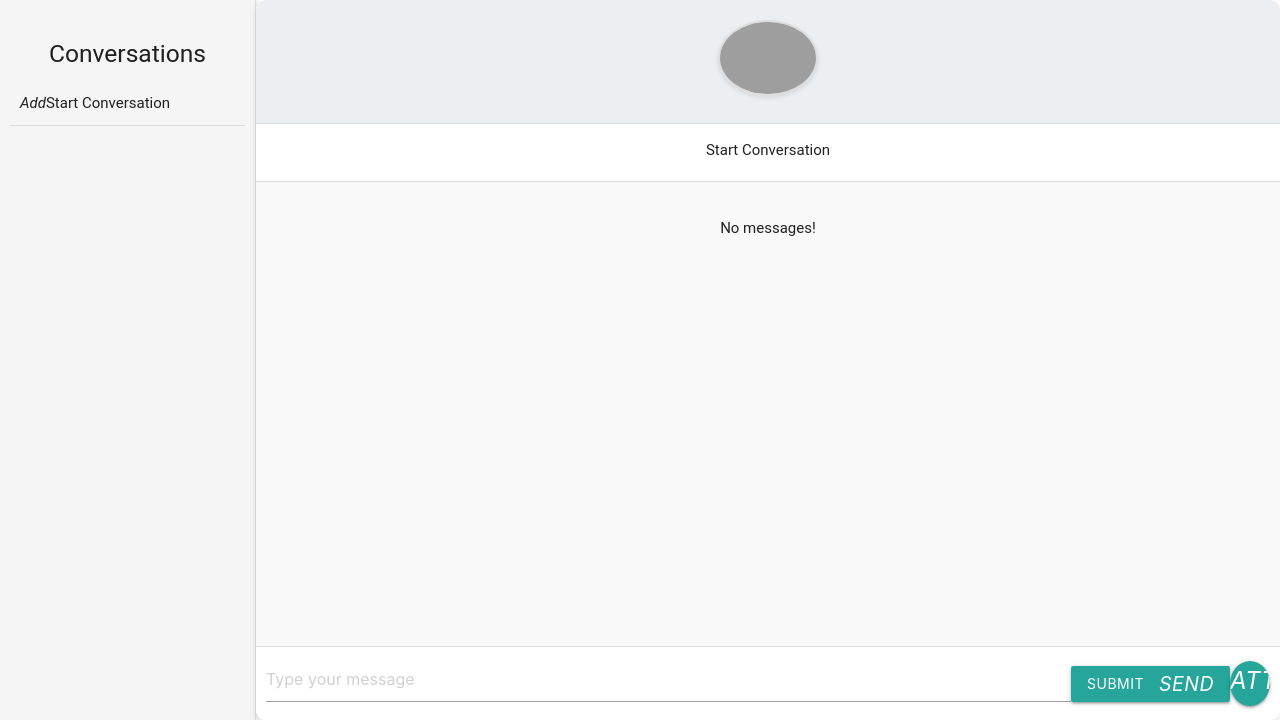
Repository: jcuzcan/sesmag
Page: / (app in frontend/)
These files come from the project's save history. The page is drawn as it stood at one moment and after the next save; the edit follows.
The browser window is 1280 px wide. The pictures show the whole page.
Pictures or frames that could not be fetched are drawn as grey boxes. The page's requests for data from a server got no answer. The project was rebuilt for these pictures with package versions that can differ from the ones it lists, and the page was loaded fresh each time. No one was signed in, and anything a server would have sent is missing.

Above is the page before, as saved 2024-12-09 16:21:28.

### frontend/src/App.js
import React, { useState, useEffect } from "react";
import ApiService from "./service";
import "materialize-css/dist/css/materialize.min.css";
import ReactMarkdown from "react-markdown";
import "./App.css";

const App = () => {
  const [conversation, setConversation] = useState({
    messages: [],
    _id: null,
  });
  const [conversations, setConversations] = useState([]);
  const [message, setMessage] = useState("");
  const [sidebarOpen, setSidebarOpen] = useState(false);
  const [isLoading, setIsLoading] = useState(false);

  useEffect(() => {
    ApiService.getAllConversations()
      .then((res) => {
        setConversations(res);
      })
      .catch((error) => {
        window.alert(error.message ?? error.toString());
      });
  }, []);

  const handleSendMessage = async () => {
    if (message.trim()) {
      let conversationId = conversation._id;

      if (!conversation._id) {
        await ApiService.startConversation()
          .then((res) => {
            setConversation(res);
            conversationId = res._id;
            setConversations([res, ...conversations]);
          })
          .catch((error) => window.alert(error.message ?? error.toString()));
      }
      setConversation((conversation) => ({
        ...conversation,
        messages: [
          ...conversation.messages,
          { role: "user", content: message.trim() },
        ],
      }));
      setIsLoading(true);
      await ApiService.sendMessage(conversationId, message)
        .catch((error) => {
          error.message ?? error.toString();
        })
        .then((res) => {
          setConversation(res);
          setMessage("");
          // set conversion description
          setConversations((conversations) =>
            conversations.map((c) => {
              if (c._id === res._id) {
                c.description = res.description;
              }
              return c;
            })
          );
        });
      setIsLoading(false);
    }
  };

  const handleFileUpload = async (e) => {
    const file = e.target.files[0];
    if (file) {
      let conversationId = conversation._id;
      if (!conversation._id) {
        await ApiService.startConversation()
          .then((res) => {
            setConversation(res);
            conversationId = res._id;
            setConversations([res, ...conversations]);
          })
          .catch((error) => console.log(error));
      }
      setIsLoading(true);
      await ApiService.uploadContext(conversationId, file)
        .then((res) => {
          setConversation(res);
          // set conversion description
          setConversations((conversations) =>
            conversations.map((c) => {
              if (c._id === res._id) {
                c.description = res.description;
              }
              return c;
            })
          );
        })
        .catch((error) => window.alert(error.message ?? error.toString()));
      setIsLoading(false);
    }
  };

  const toggleSidebar = () => {
    setSidebarOpen((prev) => !prev);
  };

  const startConversation = async () => {
    if (isLoading) {
      return;
    }
    setIsLoading(true);
    await ApiService.startConversation()
      .then((res) => {
        setConversation(res);
        setConversations([res, ...conversations]);
      })
      .catch((error) => console.log(error));
    setIsLoading(false);
  };

  const getConversationById = (id) => {
    ApiService.getConversationById(id)
      .then((res) => {
        setConversation(res);
      })
      .catch((error) => {
        console.error(error.message ?? error.toString());
      });
  };

  return (
    <div className="app-container">
  <div className={`sidebar ${sidebarOpen ? "open" : ""}`}>
    <button className="close-btn" onClick={toggleSidebar}>
      <i className="material-icons">close</i>
    </button>
    <h5 className="mt-2 text-center">Conversations</h5>
    <ul>
      <li
        className="d-flex align-items-center"
        onClick={() => startConversation()}
      >
        <i className="material-icons">add</i> Start Conversation
      </li>
      {conversations.map((conversation) => (
        <li
          key={conversation._id}
          onClick={() => getConversationById(conversation._id)}
        >
          {conversation.description || `Conversation ${conversation._id}`}
        </li>
      ))}
    </ul>
  </div>
  <div className="chat-container">
    {/* Image Container */}
    <div className="image-container">
      <img src="Fee.png" alt="Profile" />
    </div>
    <div className="row">
      <button className="sidebar-toggle-btn" onClick={toggleSidebar}>
        &#9776;
      </button>
      <div className="flex-1 align-center" style={{ marginTop: "1rem" }}>
        {conversation._id ? (
          <>
            {conversation.description || `Conversation ${conversation._id}`}
          </>
        ) : (
          <>Start Conversation</>
        )}
      </div>
    </div>

    <div className="chat-window">
      {conversation && conversation.messages.length > 0 ? (
        conversation.messages
          .filter((messages) =>
            ["assistant", "user"].includes(messages.role)
          )
          .map((msg, index) => (
            <div
              key={index}
              className={`message ${
                msg.role === "user" ? "user-message" : "ai-message"
              }`}
            >
              <strong>{msg.role === "user" ? "You" : "AI"}:</strong>{" "}
              <ReactMarkdown>{msg.content}</ReactMarkdown>
            </div>
          ))
      ) : (
        <p className="no-messages">No messages!</p>
      )}
    </div>
    <div className="input-bar">
      <textarea
        id="message"
        className="materialize-textarea"
        value={message}
        onChange={(e) => setMessage(e.target.value)}
        placeholder="Type your message"
      ></textarea>
      <button
        className="btn waves-effect waves-light"
        onClick={handleSendMessage}
        name="action"
        disabled={isLoading}
      >
        Submit
        <i className="material-icons right">send</i>
      </button>
      <div className="file-field">
        <button className="btn btn-floating" disabled={isLoading}>
          <i className="material-icons">attach_file</i>
          <input
            type="file"
            onChange={handleFileUpload}
            accept="application/pdf"
          />
        </button>
      </div>
    </div>
  </div>
</div>

  );
};

export default App;

### frontend/src/service.js
import axios from "axios";

const BASE_URL = "http://localhost:4000/api";

const apiClient = axios.create({
  baseURL: BASE_URL,
  headers: {
    "Content-Type": "application/json",
  },
});

// Centralized error handler
const handleError = (error) => {
  if (error.response) {
    const message =
      error.response.data?.message || `Error: ${error.response.statusText}`;
    return Promise.reject(new Error(message));
  } else if (error.request) {
    return Promise.reject(
      new Error("No response from server. Please try again later.")
    );
  } else {
    return Promise.reject(
      new Error(error.message || "An unexpected error occurred.")
    );
  }
};

// API Service
const ApiService = {
  startConversation: async () => {
    try {
      const response = await apiClient.post("/conversation/start-conversation");
      return response.data;
    } catch (error) {
      return handleError(error);
    }
  },

  getAllConversations: async () => {
    try {
      const response = await apiClient.get("/conversation/");
      return response.data;
    } catch (error) {
      return handleError(error);
    }
  },

  getConversationById: async (id) => {
    try {
      const response = await apiClient.get(`/conversation/${id}`);
      return response.data;
    } catch (error) {
      return handleError(error);
    }
  },

  sendMessage: async (id, message) => {
    try {
      const response = await apiClient.post(`/conversation/${id}`, { message });
      return response.data;
    } catch (error) {
      return handleError(error);
    }
  },

  uploadContext: async (id, file) => {
    try {
      const formData = new FormData();
      formData.append("file", file);

      const response = await apiClient.post(
        `/conversation/upload-context/${id}`,
        formData,
        {
          headers: {
            "Content-Type": "multipart/form-data",
          },
        }
      );
      return response.data;
    } catch (error) {
      return handleError(error);
    }
  },
};

export default ApiService;

### frontend/src/App.css
body {
  margin: 0;
  font-family: 'Roboto', sans-serif;
  background: url('Fee.png') no-repeat center center fixed;
  background-size: cover;
}


.app-container {
  display: flex;
  height: 100vh;
  width: 100%;
  background: rgba(255, 255, 255, 0.9); /* Adds a slight overlay for readability */
  backdrop-filter: blur(5px); /* Adds blur effect to the background */
}

.sidebar {
  width: 20%;
  background: #f5f5f5;
  padding: 10px;
  border-right: 1px solid #ddd;
  overflow-y: auto;
  transition: transform 0.3s ease;
  box-shadow: 2px 0 5px rgba(0, 0, 0, 0.1);
}

.sidebar ul {
  list-style: none;
  padding: 0;
}

.sidebar ul li {
  padding: 10px;
  cursor: pointer;
  border-bottom: 1px solid #ddd;
  text-transform: capitalize;
}

.sidebar ul li:hover {
  background-color: #eceff1;
}

.sidebar.open {
  transform: translateX(0);
}

.sidebar.close {
  transform: translateX(-100%);
}

.close-btn {
  font-size: 20px;
  background: none;
  border: none;
  cursor: pointer;
  color: #000;
  float: right;
  display: none;
}



.chat-container {
  flex: 1;
  display: flex;
  flex-direction: column;
  height: 100%;
  position: relative;
  background-color: #ffffff;
  box-shadow: 0 4px 8px rgba(0, 0, 0, 0.1);
  border-radius: 10px;
  overflow: hidden;
}

/* Image Container Above Chatbox */
.image-container {
  width: 100%;
  text-align: center;
  padding: 20px;
  background: #eceff1;
  border-bottom: 1px solid #ddd;
}

.image-container img {
  max-width: 100px;
  border-radius: 50%;
  border: 2px solid #ddd;
  box-shadow: 0 2px 4px rgba(0, 0, 0, 0.1);
}


.chat-window {
  flex: 1;
  padding: 20px;
  overflow-y: auto;
  background: #f9f9f9;
  border-top: 1px solid #ddd;
}

.input-bar {
  display: flex;
  align-items: center;
  padding: 10px;
  border-top: 1px solid #ddd;
  background: #fff;
}

.sidebar-toggle-btn {
  position: absolute;
  display: none;
  top: 10px;
  left: 10px;
  background: none;
  border: none;
  font-size: 24px;
  cursor: pointer;
  z-index: 1000;
}



.message {
  max-width: 70%;
  margin: 10px 0;
  padding: 10px;
  border-radius: 10px;
  word-wrap: break-word;
}

.user-message {
  margin-left: auto;
  background-color: #e3f2fd;
}

.ai-message {
  margin-right: auto;
  background-color: #eceff1;
  text-align: left;
}

textarea {
  flex: 1;
  resize: none;
  border: 1px solid #ddd;
  border-radius: 5px;
  padding: 10px;
  margin-right: 10px;
}

@media (max-width: 768px) {
  .sidebar {
    position: fixed;
    height: 100%;
    min-width: 300px;
    transform: translateX(-100%);
    z-index: 1000;
    box-shadow: 2px 0 5px rgba(0, 0, 0, 0.3);
  }

  .sidebar-toggle-btn {
    display: block;
  }

  .close-btn {
    display: block;
  }

  .sidebar.open {
    transform: translateX(0);
  }

  .chat-container {
    padding-left: 0;
  }
}

.no-messages {
  text-align: center;
}

.mt-1 {
  margin-top: 1rem;
}

.mt-2 {
  margin-top: 2rem;
}

.d-flex {
  display: flex;
}

.align-items-center {
  align-items: center;
}

.text-center{
  text-align: center;
}

Loaded but not shown: frontend/src/index.js (common file); frontend/src/index.css (common file); frontend/src/reportWebVitals.js (common file)

After the next save:
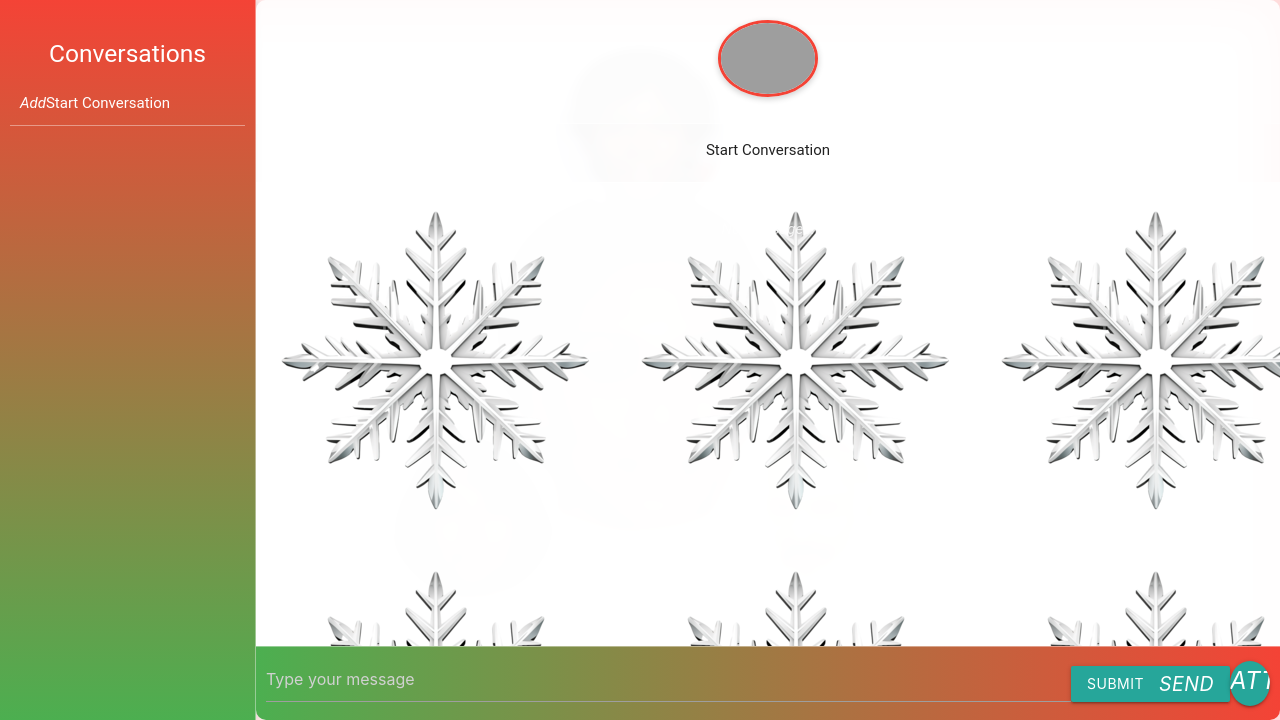
Saved 4 h 11 min later.
--- a/frontend/src/App.css
+++ b/frontend/src/App.css
@@ -5,20 +5,21 @@ body {
   background-size: cover;
 }
 
-
 .app-container {
   display: flex;
   height: 100vh;
   width: 100%;
   background: rgba(255, 255, 255, 0.9); /* Adds a slight overlay for readability */
   backdrop-filter: blur(5px); /* Adds blur effect to the background */
+  box-shadow: inset 0 0 50px rgba(255, 0, 0, 0.2); /* Adds a festive glow */
 }
 
 .sidebar {
   width: 20%;
-  background: #f5f5f5;
-  padding: 10px;
-  border-right: 1px solid #ddd;
+  background: linear-gradient(to bottom, #f44336, #4caf50); /* Christmas red and green */
+  color: white;
+  padding: 10px;
+  border-right: 1px solid rgba(255, 255, 255, 0.4);
   overflow-y: auto;
   transition: transform 0.3s ease;
   box-shadow: 2px 0 5px rgba(0, 0, 0, 0.1);
@@ -32,12 +33,13 @@ body {
 .sidebar ul li {
   padding: 10px;
   cursor: pointer;
-  border-bottom: 1px solid #ddd;
+  border-bottom: 1px solid rgba(255, 255, 255, 0.4);
   text-transform: capitalize;
+  color: #fff;
 }
 
 .sidebar ul li:hover {
-  background-color: #eceff1;
+  background-color: rgba(255, 255, 255, 0.3); /* Slight highlight effect */
 }
 
 .sidebar.open {
@@ -53,12 +55,10 @@ body {
   background: none;
   border: none;
   cursor: pointer;
-  color: #000;
+  color: #fff;
   float: right;
   display: none;
 }
-
-
 
 .chat-container {
   flex: 1;
@@ -66,43 +66,72 @@ body {
   flex-direction: column;
   height: 100%;
   position: relative;
-  background-color: #ffffff;
-  box-shadow: 0 4px 8px rgba(0, 0, 0, 0.1);
+  background-color: rgba(255, 255, 255, 0.8);
   border-radius: 10px;
   overflow: hidden;
 }
 
-/* Image Container Above Chatbox */
 .image-container {
   width: 100%;
   text-align: center;
   padding: 20px;
-  background: #eceff1;
-  border-bottom: 1px solid #ddd;
+  background: rgba(255, 255, 255, 0.3); /* Light snowy effect */
+  border-bottom: 1px solid rgba(255, 255, 255, 0.4);
 }
 
 .image-container img {
   max-width: 100px;
   border-radius: 50%;
-  border: 2px solid #ddd;
-  box-shadow: 0 2px 4px rgba(0, 0, 0, 0.1);
-}
-
+  border: 3px solid #f44336;
+  box-shadow: 0 2px 6px rgba(0, 0, 0, 0.2);
+}
 
 .chat-window {
   flex: 1;
   padding: 20px;
   overflow-y: auto;
-  background: #f9f9f9;
-  border-top: 1px solid #ddd;
+  background: rgba(255, 255, 255, 0.8);
+  background-image: url('snowflakes.png'); /* Subtle snowflakes in the chat window */
+  background-repeat: repeat;
+  border-top: 1px solid rgba(255, 255, 255, 0.4);
 }
 
 .input-bar {
   display: flex;
   align-items: center;
   padding: 10px;
-  border-top: 1px solid #ddd;
-  background: #fff;
+  border-top: 1px solid rgba(255, 255, 255, 0.4);
+  background: linear-gradient(to right, #4caf50, #f44336); /* Christmas gradient */
+  color: white;
+}
+
+.message {
+  max-width: 70%;
+  margin: 10px 0;
+  padding: 10px;
+  border-radius: 10px;
+  word-wrap: break-word;
+}
+
+.user-message {
+  margin-left: auto;
+  background-color: #e57373; /* Warm red for user messages */
+  color: #fff;
+}
+
+.ai-message {
+  margin-right: auto;
+  background-color: #81c784; /* Festive green for AI messages */
+  color: #fff;
+}
+
+textarea {
+  flex: 1;
+  resize: none;
+  border: 2px solid #fff;
+  border-radius: 5px;
+  padding: 10px;
+  margin-right: 10px;
 }
 
 .sidebar-toggle-btn {
@@ -117,36 +146,6 @@ body {
   z-index: 1000;
 }
 
-
-
-.message {
-  max-width: 70%;
-  margin: 10px 0;
-  padding: 10px;
-  border-radius: 10px;
-  word-wrap: break-word;
-}
-
-.user-message {
-  margin-left: auto;
-  background-color: #e3f2fd;
-}
-
-.ai-message {
-  margin-right: auto;
-  background-color: #eceff1;
-  text-align: left;
-}
-
-textarea {
-  flex: 1;
-  resize: none;
-  border: 1px solid #ddd;
-  border-radius: 5px;
-  padding: 10px;
-  margin-right: 10px;
-}
-
 @media (max-width: 768px) {
   .sidebar {
     position: fixed;
@@ -176,8 +175,11 @@ textarea {
 
 .no-messages {
   text-align: center;
-}
-
+  font-style: italic;
+  color: rgba(255, 255, 255, 0.8);
+}
+
+/* Decorative Elements */
 .mt-1 {
   margin-top: 1rem;
 }
@@ -194,6 +196,24 @@ textarea {
   align-items: center;
 }
 
-.text-center{
+.text-center {
   text-align: center;
 }
+
+/* Snowfall Animation (Optional) */
+@keyframes snowfall {
+  0% { transform: translateY(-100px); }
+  100% { transform: translateY(100vh); }
+}
+
+.snowflake {
+  position: absolute;
+  top: 0;
+  animation: snowfall 10s linear infinite;
+  opacity: 0.8;
+  color: white;
+}
+
+.snowflake:nth-child(1) { left: 10%; animation-duration: 15s; font-size: 20px; }
+.snowflake:nth-child(2) { left: 50%; animation-duration: 12s; font-size: 25px; }
+.snowflake:nth-child(3) { left: 70%; animation-duration: 10s; font-size: 18px; }
